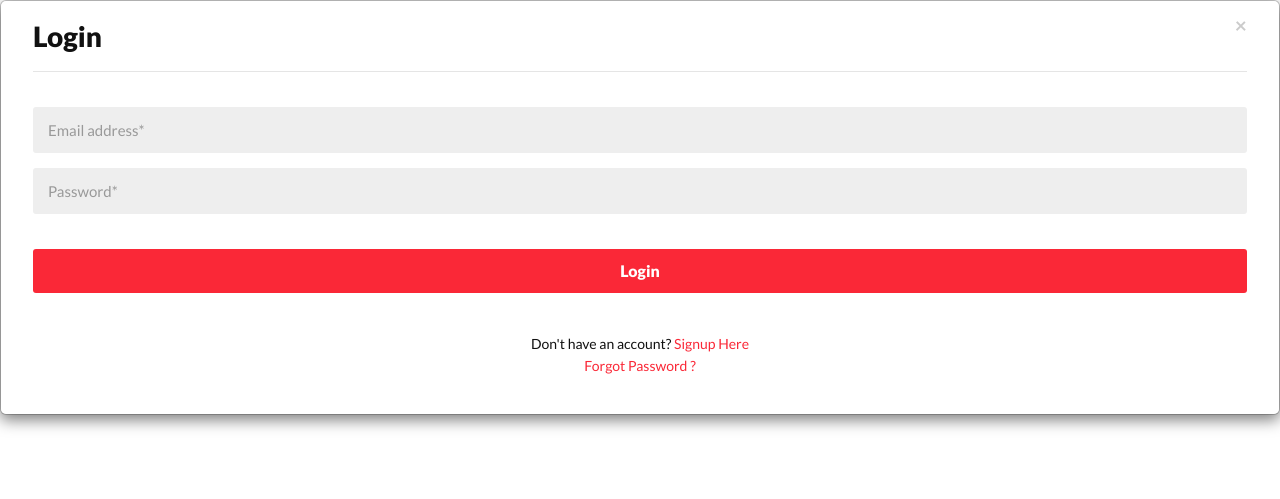
Repository: Het95/Bike-Rental-JSP
Page: http://localhost/AJOep/login.jsp
An editor plug-in stored every save of this project. The page is shown before and after the next save, followed by the edit.
The browser window is 1280 px wide. The pictures show the whole page.
The page is served by Tomcat 9. Other server files are loaded and not shown.

Above is the page before, as saved 2020-05-31 21:27:45.

### AJOep/WebContent/login.jsp
<%@ page language="java" contentType="text/html; charset=ISO-8859-1"
    pageEncoding="ISO-8859-1"%>
<!DOCTYPE html>
<html>
<head>
<meta charset="ISO-8859-1">
<title>Insert title here</title>
<link rel="stylesheet" href="assets/css/bootstrap.min.css" type="text/css">
		<link rel="stylesheet" href="assets/css/styles.css" type="text/css">
		<link rel="stylesheet" href="assets/css/owl.carousel.css" type="text/css">
		<link rel="stylesheet" href="assets/css/owl.transitions.css" type="text/css">
		<link href="assets/css/slick.css" rel="stylesheet">
		<link href="assets/css/bootstrap-slider.min.css" rel="stylesheet">
		<link href="assets/css/font-awesome.min.css" rel="stylesheet">
		<link rel="apple-touch-icon-precomposed" sizes="144x144" href="assets/images/favicon-icon/apple-touch-icon-144-precomposed.png">
		<link rel="apple-touch-icon-precomposed" sizes="114x114" href="assets/images/favicon-icon/apple-touch-icon-114-precomposed.html">
		<link rel="apple-touch-icon-precomposed" sizes="72x72" href="assets/images/favicon-icon/apple-touch-icon-72-precomposed.png">
		<link rel="apple-touch-icon-precomposed" href="assets/images/favicon-icon/apple-touch-icon-57-precomposed.png">
		<link rel="shortcut icon" href="assets/images/favicon-icon/24x24.png">
		<link href="https://fonts.googleapis.com/css?family=Lato:300,400,700,900" rel="stylesheet">

</head>
<body>

		<div id="loginform">
  <div role="document">
    <div class="modal-content">
      <div class="modal-header">
        <button type="button" class="close" data-dismiss="modal" aria-label="Close"><span aria-hidden="true">&times;</span></button>
        <h3 class="modal-title">Login</h3>
      </div>
      <div class="modal-body">
        <div class="row">
          <div class="login_wrap">
            <div class="col-md-12 col-sm-6">
              <form method="post">
                <div class="form-group">
                  <input type="email" class="form-control" name="email" placeholder="Email address*">
                </div>
                <div class="form-group">
                  <input type="password" class="form-control" name="password" placeholder="Password*">
                </div>
                <div class="form-group checkbox">
                  <input type="checkbox" id="remember">

                </div>
                <div class="form-group">
                  <input type="submit" name="login" value="Login" class="btn btn-block">
                </div>
              </form>
            </div>

          </div>
        </div>
      </div>
      <div class="modal-footer text-center">
        <p>Don't have an account? <a href="#signupform" data-toggle="modal" data-dismiss="modal">Signup Here</a></p>
        <p><a href="#forgotpassword" data-toggle="modal" data-dismiss="modal">Forgot Password ?</a></p>
      </div>
    </div>
  </div>
</div>
</body>
</html>

Loaded but not shown: AJOep/WebContent/assets/css/bootstrap.min.css (library); AJOep/WebContent/assets/css/owl.carousel.css (common file); AJOep/WebContent/assets/css/owl.transitions.css (library); AJOep/WebContent/assets/css/slick.css (common file); AJOep/WebContent/assets/css/bootstrap-slider.min.css (library); AJOep/WebContent/assets/css/font-awesome.min.css (library); AJOep/WebContent/assets/css/styles.css (5459 lines, source omitted)

After the next save:
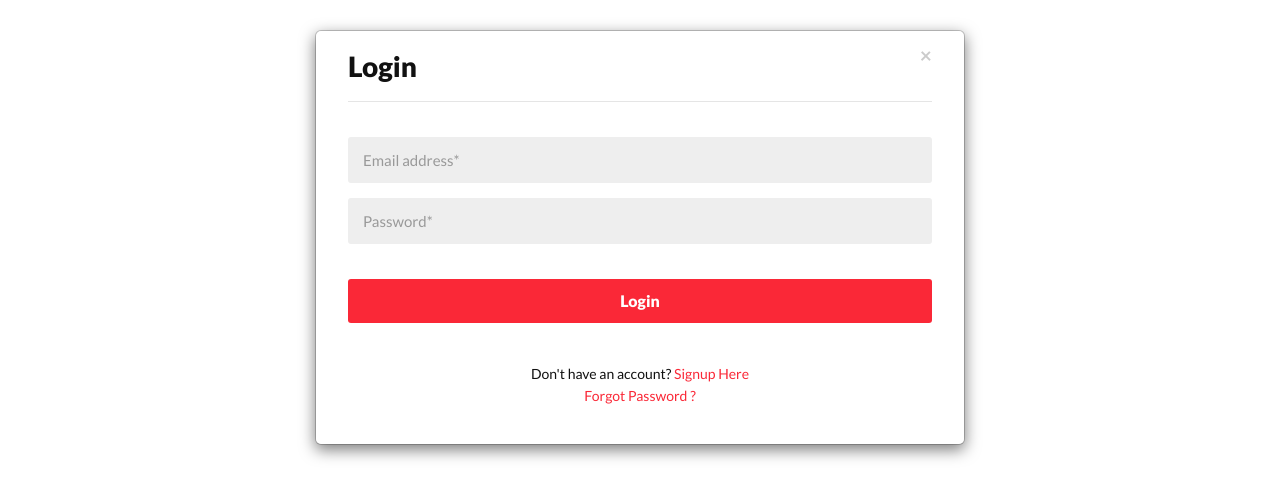
Saved 9 s later.
--- a/AJOep/WebContent/login.jsp
+++ b/AJOep/WebContent/login.jsp
@@ -23,7 +23,7 @@
 <body>
 
 		<div id="loginform">
-  <div role="document">
+  <div class="modal-dialog" role="document">
     <div class="modal-content">
       <div class="modal-header">
         <button type="button" class="close" data-dismiss="modal" aria-label="Close"><span aria-hidden="true">&times;</span></button>
